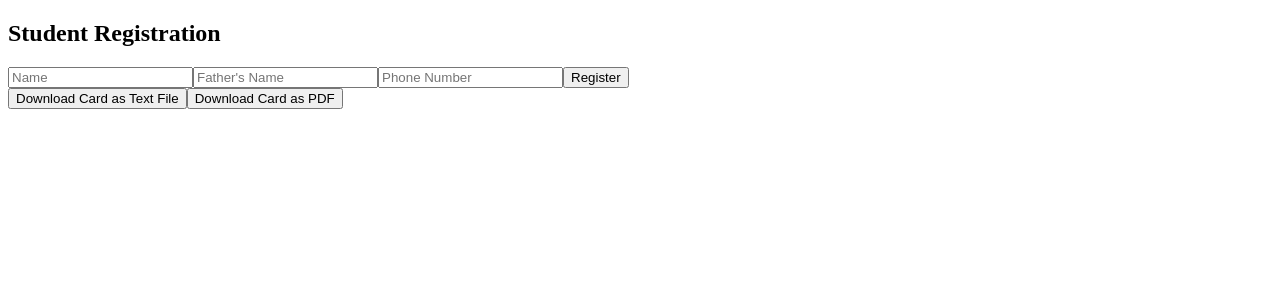
Repository: pripriya09/StudentID-Card-Download
Page: / (app in frontend/)
An editor plug-in stored every save of this project. The page is shown before and after the next save, followed by the edit.
The browser window is 1280 px wide. The pictures show the whole page.
The project was rebuilt for these pictures with package versions that can differ from the ones it lists, and the page was loaded fresh each time. Also part of the build but not shown: frontend/vite.config.js.

Above is the page before, as saved 2025-01-07 11:41:16.

After the next save:
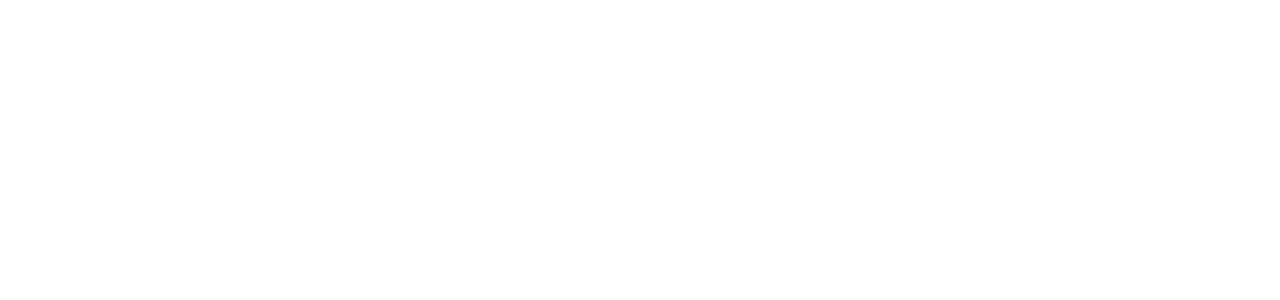
Console error: ReferenceError: IDCardForm is not defined
Saved 8 s later.
--- a/frontend/src/Form.jsx
+++ b/frontend/src/Form.jsx
@@ -3,7 +3,7 @@
 import "./style.css";
 import jsPDF from "jspdf";
 
-const IDCardForm = () => {
+const Form = () => {
   const [formData, setFormData] = useState({
     name: "",
     fatherName: "",

After the save that followed:
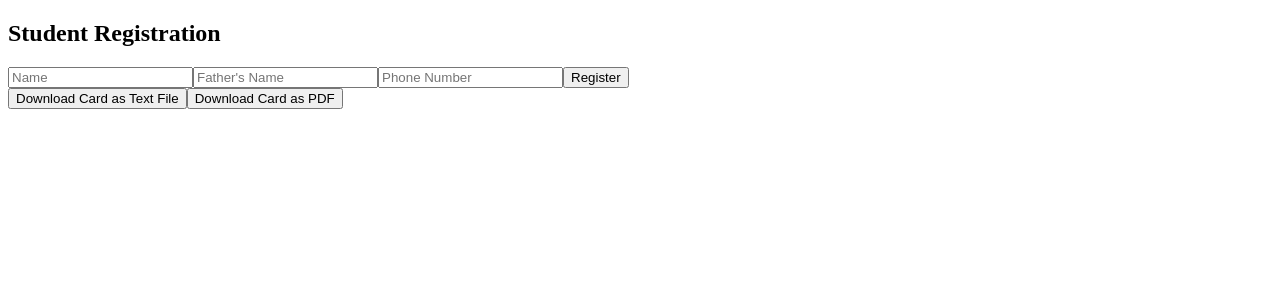
The error is gone.
Saved 8 s later.
--- a/frontend/src/Form.jsx
+++ b/frontend/src/Form.jsx
@@ -142,4 +142,4 @@
   );
 };
 
-export default IDCardForm;
+export default Form;
